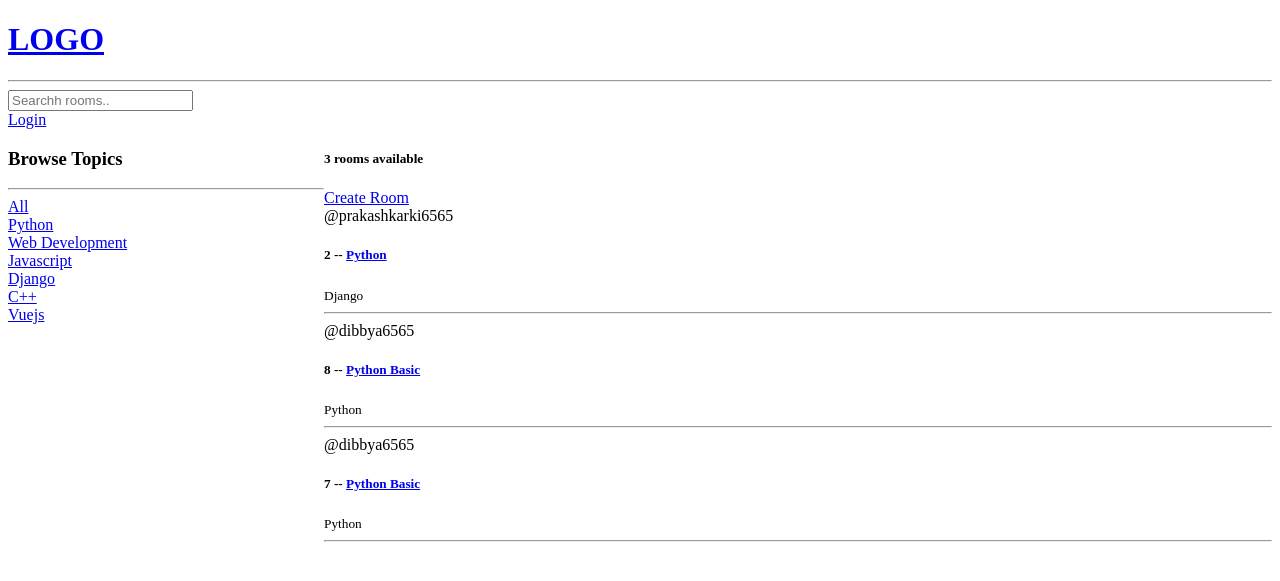
Repository: Dibbya65/Django-Basic
Page: http://localhost/?q=Python
An editor plug-in stored every save of this project. The page is shown before and after the next save, followed by the edit.
The browser window is 1280 px wide. The pictures show the whole page.
The page is served by the project's application, run on Django 3.2 (manage.py). The page reads the database file committed with the project.

Above is the page before, as saved 2021-11-17 23:11:16.

After the next save:
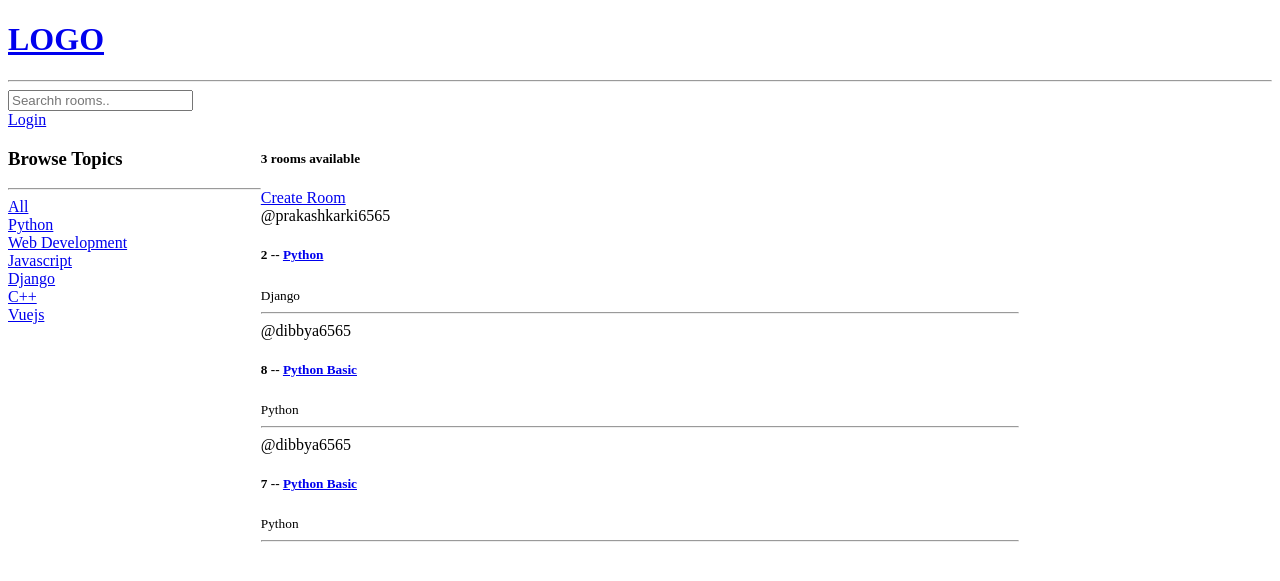
Saved 16 min 20 s later.
--- a/base/templates/base/home.html
+++ b/base/templates/base/home.html
@@ -3,8 +3,9 @@
 <style>
   .home-container {
     display: grid;
-    grid-template-columns: 1fr 3fr;
+    grid-template-columns: 1fr 3fr 1fr;
   }
+
 </style>
 <div class="home-container">
   <div>
@@ -29,7 +30,7 @@
       <a href="{% url 'update-room' room.id %}">Edit </a>
 
       <a href="{% url 'delete-room' room.id %}">Delete </a>
-       {%endif%}
+      {%endif%}
       <span>@{{room.host.username}}</span>
       <h5>
         {{room.id}} --
